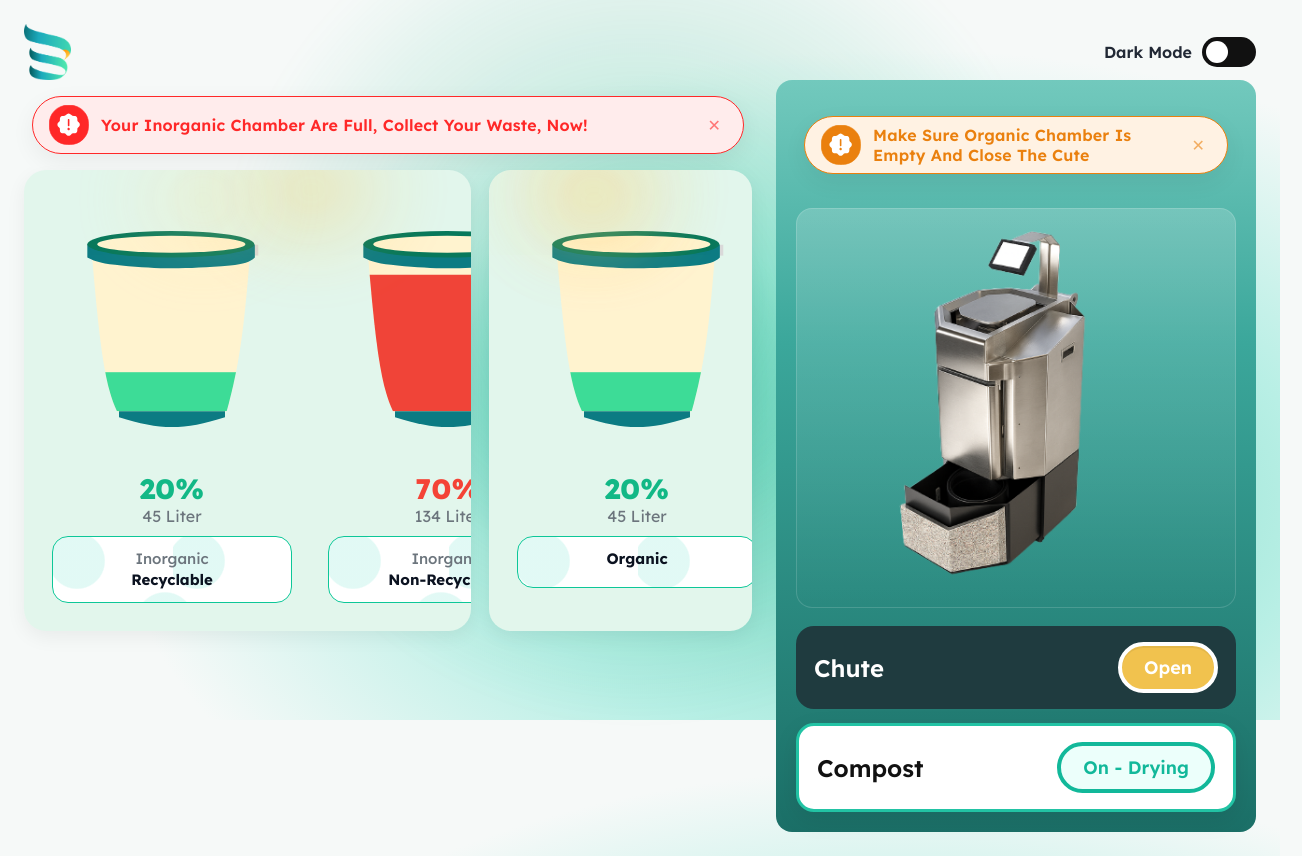
Repository: william-saputra/nusabin
Page: pages/homepage.html
These files come from the project's save history. The page is drawn as it stood at one moment and after the next save; the edit follows.
The browser window is 1280 px wide. The page is 1302 px wide, so the pictures cover 1302 px, including what lies to the right of the window. The pictures show the whole page.
Backgrounds fixed to the window are drawn as part of the page.

Above is the page before, as saved 2025-08-13 00:04:40.

### pages/homepage.html
<!DOCTYPE html>
<html lang="en">
  <head>
    <meta charset="UTF-8" />
    <meta name="viewport" content="width=device-width, initial-scale=1.0" />
    <title>Nusabin – Homepage</title>
    <link rel="preconnect" href="https://fonts.googleapis.com" />
    <link rel="preconnect" href="https://fonts.gstatic.com" crossorigin />
    <link href="https://fonts.googleapis.com/css2?family=Lexend:wght@400;500;600;700;800&family=Inter:wght@400;500;600;700;800&display=swap" rel="stylesheet" />
    <link rel="stylesheet" href="../styles/base.css" />
    <link rel="stylesheet" href="../styles/pages/homepage.css" />
  </head>
  <body>
    <div class="homepage no-nav">
      <header class="topbar no-nav">
        <img src="../assets/images/green_logo.png" alt="Nusabin" class="logo no-nav" />
        <div class="spacer no-nav"></div>
        <div class="theme-toggle no-nav">
          <span class="label no-nav">Dark Mode</span>
          <label class="switch no-nav">
            <input id="dark-toggle" class="no-nav" type="checkbox" />
            <span class="slider round no-nav"></span>
          </label>
        </div>
      </header>

      <main class="layout">
        <div class="left-col">
          <section class="alerts no-nav">
            <div class="alert pill no-nav" data-variant="danger" data-alert-id="left-alert">
              <img class="alert-icon" src="../assets/icons/red_alert.svg" alt="alert" width="40" height="40" />
              <div class="text no-nav">Your Inorganic Chamber Are Full, Collect Your Waste, Now!</div>
              <button class="close no-nav" data-dismiss>
                <span class="no-nav">&#10005;</span>
              </button>
            </div>
          </section>
          <div class="left-grid clickable-area" data-navigate>
          <div class="card card-buckets">
            <div class="bucket-group">
              <div class="bucket-item" data-id="inorganic_recyclable">
                <svg class="bucket-svg" viewBox="0 0 197 216" aria-labelledby="title-ir" role="img">
                  <title id="title-ir">Inorganic Recyclable</title>
                  <defs>
                    <clipPath id="cupShape-inorganic_recyclable">
                      <path d="M53.3367 175.048C43.8761 154.841 39.492 126.346 33.0561 49.7143L162.041 52.148C157.42 108.314 153.879 136.877 143.383 175.048C107.592 183.612 87.9058 183.201 53.3367 175.048Z" />
                    </clipPath>
                  </defs>
                  <path d="M53.3367 175.048C43.8761 154.841 39.492 126.346 33.0561 49.7143L162.041 52.148C157.42 108.314 153.879 136.877 143.383 175.048C107.592 183.612 87.9058 183.201 53.3367 175.048Z" fill="#FFF3CF" />
                  <rect id="cupFill-inorganic_recyclable" x="0" y="175" width="197" height="0" clip-path="url(#cupShape-inorganic_recyclable)" />
                  <path d="M55 179.937V175H142V179.937C107.725 190.783 88.6686 190.592 55 179.937Z" fill="#0C7B83" />
                  <rect x="166.097" y="38.3571" width="3.2449" height="8.92347" fill="#D9D9D9" />
                  <path d="M29 48.9031V38.3571H166.503V48.9031C162.244 52.8888 157.731 54.2809 146.222 55.3929C109.605 58.2432 89.8065 58.6723 56.9872 55.3929C42.0852 54.0832 36.1288 52.6188 29 48.9031Z" fill="#0C7B83" />
                  <ellipse cx="97.5485" cy="37.9515" rx="68.5485" ry="10.9515" fill="#08785B" />
                  <ellipse cx="97.9541" cy="37.9515" rx="60.8418" ry="6.89541" fill="#FFF3CF" />
                </svg>
                <div class="bucket-metrics">
                  <div class="percent" data-percent>0%</div>
                  <div class="liter" data-liter>0 Liter</div>
                </div>
                <div class="chip chip-2line"><span>Inorganic</span><strong>Recyclable</strong></div>
              </div>

              <div class="bucket-item" data-id="inorganic_non_recyclable">
                <svg class="bucket-svg" viewBox="0 0 197 216" aria-labelledby="title-inr" role="img">
                  <title id="title-inr">Inorganic <br>Non-Recyclable</title>
                  <defs>
                    <clipPath id="cupShape-inorganic_non_recyclable">
                      <path d="M53.3367 175.048C43.8761 154.841 39.492 126.346 33.0561 49.7143L162.041 52.148C157.42 108.314 153.879 136.877 143.383 175.048C107.592 183.612 87.9058 183.201 53.3367 175.048Z" />
                    </clipPath>
                  </defs>
                  <path d="M53.3367 175.048C43.8761 154.841 39.492 126.346 33.0561 49.7143L162.041 52.148C157.42 108.314 153.879 136.877 143.383 175.048C107.592 183.612 87.9058 183.201 53.3367 175.048Z" fill="#FFF3CF" />
                  <rect id="cupFill-inorganic_non_recyclable" x="0" y="175" width="197" height="0" clip-path="url(#cupShape-inorganic_non_recyclable)" />
                  <path d="M55 179.937V175H142V179.937C107.725 190.783 88.6686 190.592 55 179.937Z" fill="#0C7B83" />
                  <rect x="166.097" y="38.3571" width="3.2449" height="8.92347" fill="#D9D9D9" />
                  <path d="M29 48.9031V38.3571H166.503V48.9031C162.244 52.8888 157.731 54.2809 146.222 55.3929C109.605 58.2432 89.8065 58.6723 56.9872 55.3929C42.0852 54.0832 36.1288 52.6188 29 48.9031Z" fill="#0C7B83" />
                  <ellipse cx="97.5485" cy="37.9515" rx="68.5485" ry="10.9515" fill="#08785B" />
                  <ellipse cx="97.9541" cy="37.9515" rx="60.8418" ry="6.89541" fill="#FFF3CF" />
                </svg>
                <div class="bucket-metrics">
                  <div class="percent" data-percent>0%</div>
                  <div class="liter" data-liter>0 Liter</div>
                </div>
                <div class="chip chip-2line"><span>Inorganic</span><strong>Non-Recyclable</strong></div>
              </div>
            </div>
          </div>

          <div class="card card-bucket-single">
            <div class="bucket-item" data-id="organic">
              <svg class="bucket-svg" viewBox="0 0 197 216" aria-labelledby="title-org" role="img">
                <title id="title-org">Organic</title>
                <defs>
                  <clipPath id="cupShape-organic">
                    <path d="M53.3367 175.048C43.8761 154.841 39.492 126.346 33.0561 49.7143L162.041 52.148C157.42 108.314 153.879 136.877 143.383 175.048C107.592 183.612 87.9058 183.201 53.3367 175.048Z" />
                  </clipPath>
                </defs>
                <path d="M53.3367 175.048C43.8761 154.841 39.492 126.346 33.0561 49.7143L162.041 52.148C157.42 108.314 153.879 136.877 143.383 175.048C107.592 183.612 87.9058 183.201 53.3367 175.048Z" fill="#FFF3CF" />
                <rect id="cupFill-organic" x="0" y="175" width="197" height="0" clip-path="url(#cupShape-organic)" />
                <path d="M55 179.937V175H142V179.937C107.725 190.783 88.6686 190.592 55 179.937Z" fill="#0C7B83" />
                <rect x="166.097" y="38.3571" width="3.2449" height="8.92347" fill="#D9D9D9" />
                <path d="M29 48.9031V38.3571H166.503V48.9031C162.244 52.8888 157.731 54.2809 146.222 55.3929C109.605 58.2432 89.8065 58.6723 56.9872 55.3929C42.0852 54.0832 36.1288 52.6188 29 48.9031Z" fill="#0C7B83" />
                <ellipse cx="97.5485" cy="37.9515" rx="68.5485" ry="10.9515" fill="#08785B" />
                <ellipse cx="97.9541" cy="37.9515" rx="60.8418" ry="6.89541" fill="#FFF3CF" />
              </svg>
              <div class="bucket-metrics">
                <div class="percent" data-percent>0%</div>
                <div class="liter" data-liter>0 Liter</div>
              </div>
              <div class="chip chip-2line"><strong>Organic</strong></div>
            </div>
          </div>
          </div>
        </div>

        <aside class="right-panel">
          <section class="alerts no-nav">
            <div class="alert pill no-nav" data-variant="warning" data-alert-id="right-alert">
              <img class="alert-icon" src="../assets/icons/orange_alert.svg" alt="alert" width="40" height="40" />
              <div class="text no-nav">Make Sure Organic Chamber Is Empty And Close The Cute</div>
              <button class="close no-nav" data-dismiss>
                <span class="no-nav">&#10005;</span>
              </button>
            </div>
          </section>
          <div class="machine-wrapper">
            <img src="../assets/images/machine.png" alt="Machine" class="machine" />
          </div>
          <div class="status-panel no-nav">
            <div class="status-row variant-dark no-nav">
              <div class="label no-nav">Chute</div>
              <div class="status-pill pill-open no-nav">Open</div>
            </div>
            <div class="status-row variant-light no-nav">
              <div class="label no-nav">Compost</div>
              <div class="status-pill pill-on no-nav">On - Drying</div>
            </div>
          </div>
        </aside>
      </main>
      <div class="page-bottom-decor" aria-hidden="true"></div>
    </div>

    <script src="../scripts/theme.js"></script>
    <script src="../scripts/main.js"></script>
  </body>
  </html>

### styles/base.css
:root {
  --bg: #f6f9f8;
  --card: #ffffff;
  --text: #0b1220;
  --muted: #6b7280;
  --primary: #1cb59b;
  --danger: #e53935;
  --warning: #ffb74d;
  --ring: rgba(28, 181, 155, 0.35);
}

* { box-sizing: border-box; }
html, body { height: 100%; }
body {
  margin: 0;
  font-family: Lexend, Inter, system-ui, -apple-system, Segoe UI, Roboto, Helvetica, Arial, "Apple Color Emoji", "Segoe UI Emoji";
  color: var(--text);
  background: radial-gradient(1200px 700px at 70% 70%, #7ed8c4 0%, #b8efe5 35%, #f6f9f8 65%) no-repeat fixed;
}

/* Generic layout */
.homepage { padding: 24px; }
.topbar { display: flex; align-items: center; gap: 16px; }
.spacer { flex: 1 1 auto; }
.logo { height: 56px; }

.theme-toggle { display: flex; align-items: center; gap: 10px; font-weight: 600; }
.theme-toggle .label { opacity: 0.9; }

/* Toggle */
.switch { position: relative; display: inline-block; width: 54px; height: 30px; }
.switch input { display: none; }
.slider { position: absolute; cursor: pointer; top: 0; left: 0; right: 0; bottom: 0; background: #111; transition: .2s; border-radius: 999px; }
.slider:before { position: absolute; content: ""; height: 22px; width: 22px; left: 4px; bottom: 4px; background: #fff; transition: .2s; border-radius: 50%; }
input:checked + .slider { background: #cdd2d6; }
input:checked + .slider:before { transform: translateX(24px); }

/* Alerts */
.alerts { display: grid; grid-template-columns: 1fr; gap: 12px; margin: 18px 0; }
.alert { display: grid; grid-template-columns: auto 1fr auto; align-items: center; gap: 12px; padding: 8px 16px; border-radius: 50px; box-shadow: 0 8px 24px rgba(0,0,0,.06); font-family: Lexend, Inter, sans-serif; border: 1px solid currentColor; }
.alert .text { font-weight: 600; letter-spacing: .2px; }
.alert .close { appearance: none; border: 0; background: transparent; cursor: pointer; opacity: 0.6; font-size: 16px; color: inherit; }
.alert.pill[data-variant="danger"] { color: #FF2828; background: #FFECEC; }
.alert.pill[data-variant="warning"] { color: #EA800E; background: #FFF2E3; }
.alert-icon { flex: 0 0 auto; width: 40px; height: 40px; }

/* Align alerts: left and right margins consistent */
.left-col .alerts, .right-panel .alerts { margin: 16px 8px; }

/* Page bottom glow circle */
.page-bottom-decor { position: fixed; left: 50%; bottom: -180px; transform: translateX(-50%); width: 1200px; height: 1200px; border-radius: 50%; background: radial-gradient(closest-side, rgba(18,184,134,0.35), rgba(18,184,134,0) 70%); filter: blur(12px); pointer-events: none; z-index: -1; }

/* Main layout */
.layout { display: grid; grid-template-columns: 1.35fr 480px; gap: 24px; align-items: start; }
.left-col { display: block; }
.left-grid { display: grid; grid-template-columns: 1.7fr 1fr; gap: 18px; }

.card { background: var(--card); border-radius: 22px; padding: 28px; box-shadow: 0 6px 20px rgba(0,0,0,.06); position: relative; overflow: hidden; }
.card::before, .card::after { content: ""; position: absolute; pointer-events: none; border-radius: 50%; filter: blur(40px); opacity: 0.9; }
.card::before { width: 260px; height: 180px; top: -70px; right: 30px; background: radial-gradient(closest-side, rgba(255,189,57,0.55), rgba(255,189,57,0) 70%); }
.card::after  { width: 220px; height: 160px; top: -50px; left: 40%; transform: translateX(-50%); background: radial-gradient(closest-side, rgba(255,225,149,0.55), rgba(255,225,149,0) 70%); }
.card-buckets { display: block; background: #E2F6EC; min-height: 460px; }
.card-bucket-single { display: block; background: #E2F6EC; min-height: 460px; }

.bucket-group { display: grid; grid-template-columns: 1fr 1fr; gap: 36px; justify-items: center; }
.bucket-item { display: grid; justify-items: center; gap: 10px; }
.bucket-svg { width: 100%; max-width: 240px; height: auto; display: block; }
.bucket-static { pointer-events: none; }

.bucket-metrics { text-align: center; }
.bucket-metrics .percent { font-weight: 800; font-size: 28px; color: #12B886; }
.bucket-metrics .percent.danger { color: #F44336; }
.bucket-metrics .liter { color: #6C757D; font-size: 16px; }

.chip { display: inline-flex; flex-direction: column; align-items: center; gap: 4px; padding: 14px 22px; border-radius: 16px; background: #fff; border: 1.5px solid #0DC798; font-size: 22px; line-height: 1.1; min-height: 52px; min-width: 240px; }
.chip span { color: #6C757D; font-weight: 500; }
.chip strong { font-weight: 700; }
.chip-positive strong { color: #12B886; }
.chip-negative strong { color: #F44336; }
.chip {
  background-image: radial-gradient(circle at 20% 20%, rgba(13, 207, 173, 0.12) 0 20%, rgba(13, 207, 173, 0) 21%),
                    radial-gradient(circle at 80% 60%, rgba(13, 207, 173, 0.12) 0 20%, rgba(13, 207, 173, 0) 21%);
  background-size: 120px 120px, 140px 140px;
}

.chip-2line { font-size: 15px; }

.right-panel { display: grid; grid-template-rows: 1fr auto; gap: 18px; }
.right-panel { background: linear-gradient(180deg, #72c9bd 0%, #3ba79b 35%, #1b6f67 100%); padding: 20px; border-radius: 16px; }
.machine-wrapper { display: grid; place-items: center; background: linear-gradient(180deg, rgba(255,255,255,0.18), rgba(255,255,255,0)); border-radius: 16px; min-height: 400px; box-shadow: inset 0 0 0 1px rgba(255,255,255,0.15); }
.machine { max-width: 100%; height: auto; object-fit: contain; transform: scale(1.3); transform-origin: center; }

.status-panel { background: transparent; border-radius: 16px; padding: 0; display: grid; gap: 16px; }
.status-row { display: flex; align-items: center; justify-content: space-between; padding: 16px 18px; border-radius: 18px; }
.status-row .label { font-weight: 600; font-size: 24px; }
.status-row.variant-dark { background: #1f3b3f; color: #ffffff; }
.status-row.variant-light { background: #ffffff; color: #111; border: 3px solid #22c3a4; box-shadow: 0 8px 24px rgba(0,0,0,.08); }
.status-pill { border-radius: 999px; padding: 10px 22px; font-weight: 600; font-size: 18px; }
.pill-open { background: #f1c24e; color: #ffffff; border: 4px solid #ffffff; box-shadow: 0 2px 0 rgba(0,0,0,.06) inset; }
.pill-on { background: #ecfffb; color: #12b89a; border: 4px solid #12b89a; }

.clickable-area { cursor: pointer; }

/* Decorative half-circle with glow on the left bottom */
.left-col { position: relative; }
.left-col::after { content: ""; position: absolute; left: 50%; transform: translateX(-10%); bottom: -40px; width: 560px; height: 560px; border-bottom-left-radius: 560px; border-bottom-right-radius: 560px; border-top-left-radius: 560px; border-top-right-radius: 560px; background: radial-gradient(closest-side, rgba(28,181,155,0.55), rgba(28,181,155,0) 70%); filter: blur(6px); z-index: -1; }
.left-col::before { content: ""; position: absolute; left: 40%; transform: translateX(-50%); bottom: 20px; width: 380px; height: 220px; border-radius: 380px 380px 0 0; background: radial-gradient(closest-side, rgba(60,220,178,0.7), rgba(60,220,178,0) 70%); filter: blur(20px); z-index: -1; }

/* Dark mode */
.dark body, body.dark { background: radial-gradient(1200px 700px at 70% 70%, #0e3c3b 0%, #0f6b61 35%, #071b1a 65%); color: #e5f6f1; }
body.dark .card, body.dark .status-panel { background: #0a1414; color: #e6f5f1; }
body.dark .chip { background: #08201c; border-color: #0f3f36; }
body.dark .bucket-metrics .percent { color: #55e3c7; }
body.dark .status-row { background: #051010; }
body.dark .status-pill { background: #0b2a26; }

/* Utilities for specific wrappers that shouldn't navigate */
.no-nav { pointer-events: auto; }

@media (max-width: 1100px) {
  .layout { grid-template-columns: 1fr; }
  .right-panel { order: -1; }
}

### styles/pages/homepage.css
/* Page-specific fine-tuning for Homepage */
.homepage .card-buckets { background: #E2F6EC; }
.homepage .card-bucket-single { background: #E2F6EC; }

.homepage .bucket-item .bucket { filter: drop-shadow(0 10px 24px rgba(0,0,0,.08)); }
.homepage .bucket-item .percent { letter-spacing: .3px; }

.right-panel .status-panel { gap: 14px; }

@media (max-width: 1100px) {
  .homepage .bucket-svg { max-width: 180px; }
}

### scripts/theme.js
(function () {
  const toggle = document.getElementById('dark-toggle');
  if (!toggle) return;

  const apply = (isDark) => {
    document.body.classList.toggle('dark', isDark);
    try { localStorage.setItem('theme-dark', isDark ? '1' : '0'); } catch (_) {}
  };

  // Restore previous preference
  let stored = null;
  try { stored = localStorage.getItem('theme-dark'); } catch (_) {}
  apply(stored === '1');
  toggle.checked = stored === '1';

  toggle.addEventListener('change', () => apply(toggle.checked));
})();

### scripts/main.js
(function () {
  const root = document;

  // Navigate to detail when clicking anywhere on the left grid
  const clickable = root.querySelector('.clickable-area');
  if (clickable) {
    clickable.addEventListener('click', function (ev) {
      const target = ev.target;
      if (target && (target.closest('[data-dismiss]') || target.closest('.switch') || target.closest('.status-panel') || target.closest('.alerts'))) return;
      window.location.href = '../pages/detail.html';
    });
  }

  // Close alert buttons
  root.querySelectorAll('[data-dismiss]').forEach((btn) => {
    btn.addEventListener('click', (e) => {
      e.stopPropagation();
      const alert = btn.closest('.alert');
      if (alert) alert.remove();
    });
  });

  // Example: programmatic update of alert colors (kept for future use)
  function setAlertVariant(id, variant) {
    const el = root.querySelector('[data-alert-id="' + id + '"]');
    if (!el) return;
    el.setAttribute('data-variant', variant);
    const rect = el.querySelector('g > rect');
    if (rect) rect.setAttribute('fill', variant === 'danger' ? '#FF2828' : '#EA800E');
  }

  // Data dummy hardcoded
  const data = {
    inorganic_recyclable: { level: 20, volume: 45 },
    inorganic_non_recyclable: { level: 70, volume: 134 },
    organic: { level: 20, volume: 45 }
  };

  // Update function per spec
  function updateFill(binId, percent, volumeLiters) {
    const rect = root.getElementById('cupFill-' + binId);
    if (!rect) return;
    // Using actual bucket.svg coordinates: baseY aligns with ~175 (bottom of cup path), contentHeight approximated to inner cup height
    const contentHeight = 160; // adjustable based on real cup inner height
    const baseY = 175;
    const p = Math.max(0, Math.min(100, percent));
    const newHeight = (p / 100) * contentHeight;
    const newY = baseY - newHeight;
    rect.setAttribute('height', String(newHeight));
    rect.setAttribute('y', String(newY));
    rect.setAttribute('fill', p >= 70 ? '#F04438' : '#3DDC97');

    const item = root.querySelector('.bucket-item[data-id="' + binId + '"]');
    if (!item) return;
    const percentEl = item.querySelector('[data-percent]');
    const literEl = item.querySelector('[data-liter]');
    if (percentEl) {
      percentEl.textContent = p + '%';
      percentEl.classList.toggle('danger', p >= 70);
    }
    if (literEl) literEl.textContent = volumeLiters + ' Liter';
  }

  // Initialize
  Object.entries(data).forEach(([id, val]) => {
    updateFill(id, val.level, val.volume);
  });
})();

After the next save:
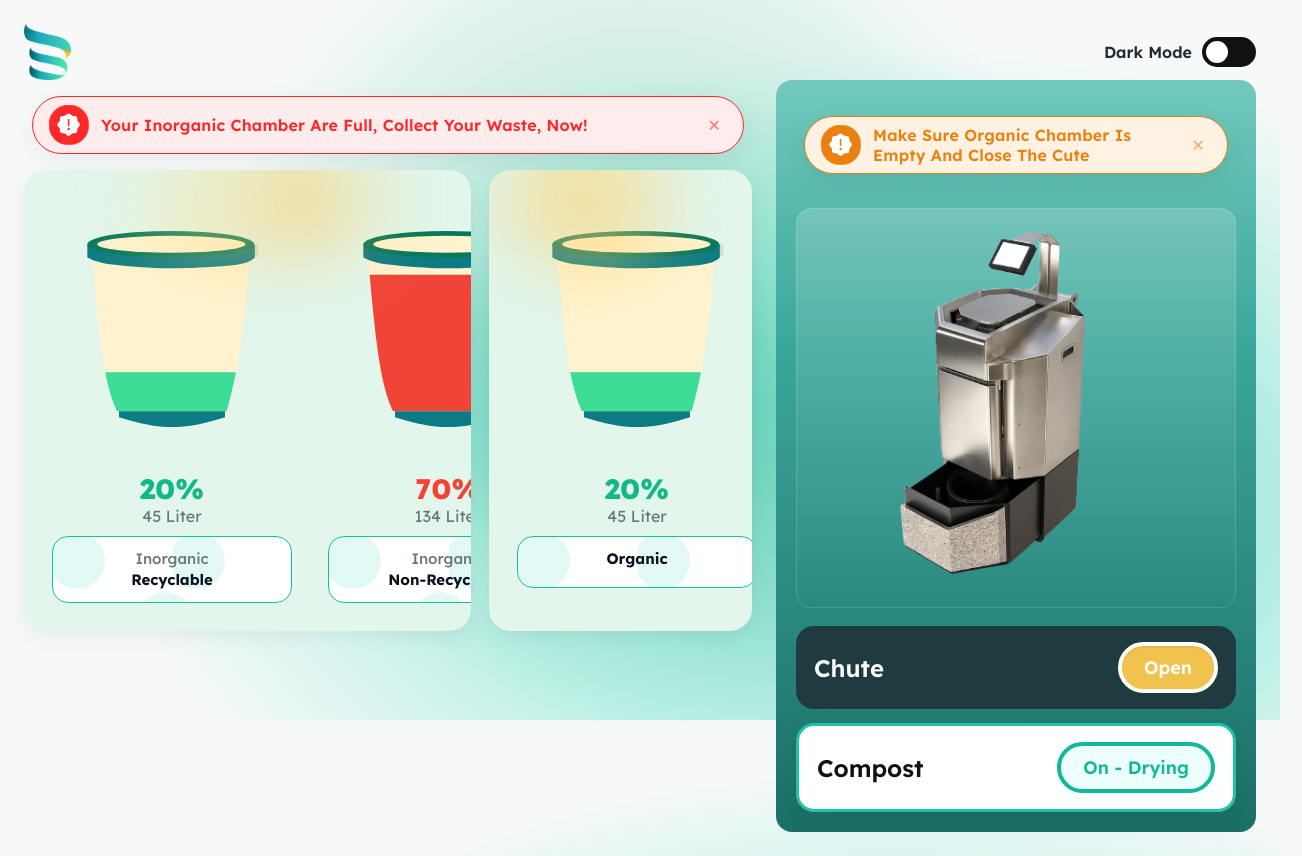
Saved 112 s later.
--- a/styles/base.css
+++ b/styles/base.css
@@ -1,6 +1,6 @@
 :root {
   --bg: #f6f9f8;
-  --card: #ffffff;
+  --card: #E2F6EC;
   --text: #0b1220;
   --muted: #6b7280;
   --primary: #1cb59b;
@@ -57,8 +57,8 @@ input:checked + .slider:before { transform: translateX(24px); }
 
 .card { background: var(--card); border-radius: 22px; padding: 28px; box-shadow: 0 6px 20px rgba(0,0,0,.06); position: relative; overflow: hidden; }
 .card::before, .card::after { content: ""; position: absolute; pointer-events: none; border-radius: 50%; filter: blur(40px); opacity: 0.9; }
-.card::before { width: 260px; height: 180px; top: -70px; right: 30px; background: radial-gradient(closest-side, rgba(255,189,57,0.55), rgba(255,189,57,0) 70%); }
-.card::after  { width: 220px; height: 160px; top: -50px; left: 40%; transform: translateX(-50%); background: radial-gradient(closest-side, rgba(255,225,149,0.55), rgba(255,225,149,0) 70%); }
+.card::before { width: 280px; height: 200px; top: -70px; right: 30px; background: radial-gradient(closest-side, rgba(255,189,57,0.85), rgba(255,189,57,0) 70%); }
+.card::after  { width: 240px; height: 180px; top: -50px; left: 40%; transform: translateX(-50%); background: radial-gradient(closest-side, rgba(255,225,149,0.85), rgba(255,225,149,0) 70%); }
 .card-buckets { display: block; background: #E2F6EC; min-height: 460px; }
 .card-bucket-single { display: block; background: #E2F6EC; min-height: 460px; }
 
